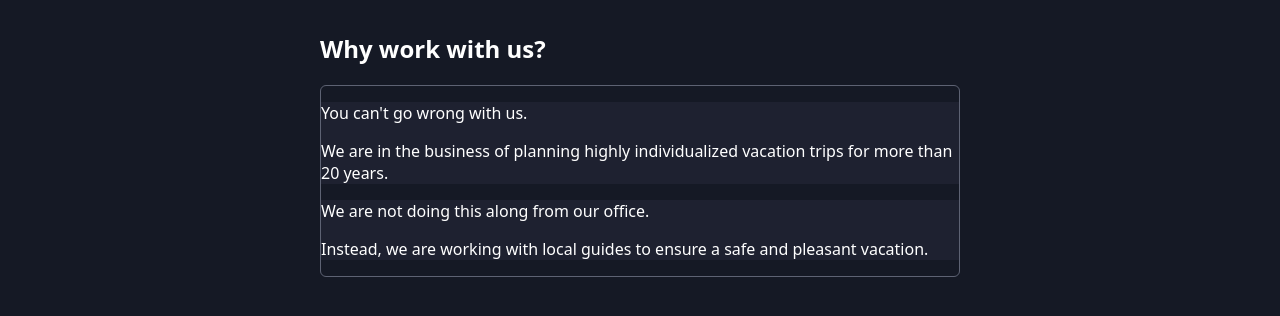
Repository: Snzslt/ReactPattern
Page: /
An editor plug-in stored every save of this project. The page is shown before and after the next save, followed by the edit.
The browser window is 1280 px wide. The pictures show the whole page.
The project was rebuilt for these pictures with package versions that can differ from the ones it lists, and the page was loaded fresh each time. Also part of the build but not shown: vite.config.js.

Above is the page before, as saved 2024-05-15 13:18:41.

After the next save:
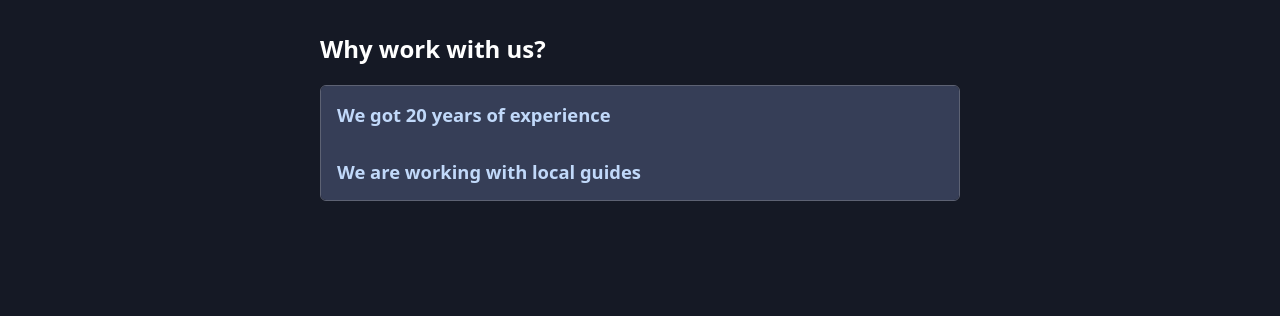
Saved 19 s later.
--- a/src/App.jsx
+++ b/src/App.jsx
@@ -1,44 +1,51 @@
+
 import Accordion from './components/Accordion/Accordion.jsx';
-
-
 
 function App() {
   return (
-  <main>
-  <section>
-    <h2>Why work with us?</h2>
+    <main>
+      <section>
+        <h2>Why work with us?</h2>
 
-    <Accordion className="accordion">
-      <Accordion.Item
-        id="experience"
-        className="accordion-item"
-        title="We got 20 years of experience"
-      >
-        <article>
-          <p>You can&apos;t go wrong with us.</p>
-          <p>
-            We are in the business of planning highly individualized
-            vacation trips for more than 20 years.
-          </p>
-        </article>
-      </Accordion.Item>
-      <Accordion.Item
-         id="local-guides"
-        className="accordion-item"
-        title="We're working with local guides"
-      >
-        <article>
-          <p>We are not doing this along from our office.</p>
-          <p>
-            Instead, we are working with local guides to ensure a safe and
-            pleasant vacation.
-          </p>
-        </article>
-      </Accordion.Item>
-    </Accordion>
-  </section>
-</main>
-);
+        <Accordion className="accordion">
+          <Accordion.Item className="accordion-item">
+            <Accordion.Title className="accordion-item-title" id="experience">
+              We got 20 years of experience
+            </Accordion.Title>
+            <Accordion.Content
+              className="accordion-item-content"
+              id="experience"
+            >
+              <article>
+                <p>You can&apos;t go wrong with us.</p>
+                <p>
+                  We are in the business of planning highly individualized
+                  vacation trips for more than 20 years.
+                </p>
+              </article>
+            </Accordion.Content>
+          </Accordion.Item>
+          <Accordion.Item className="accordion-item">
+            <Accordion.Title id="local-guides" className="accordion-item-title">
+              We are working with local guides
+            </Accordion.Title>
+            <Accordion.Content
+              id="local-guides"
+              className="accordion-item-content"
+            >
+              <article>
+                <p>We are not doing this along from our office.</p>
+                <p>
+                  Instead, we are working with local guides to ensure a safe and
+                  pleasant vacation.
+                </p>
+              </article>
+            </Accordion.Content>
+          </Accordion.Item>
+        </Accordion>
+      </section>
+    </main>
+  );
 }
 
 export default App;
